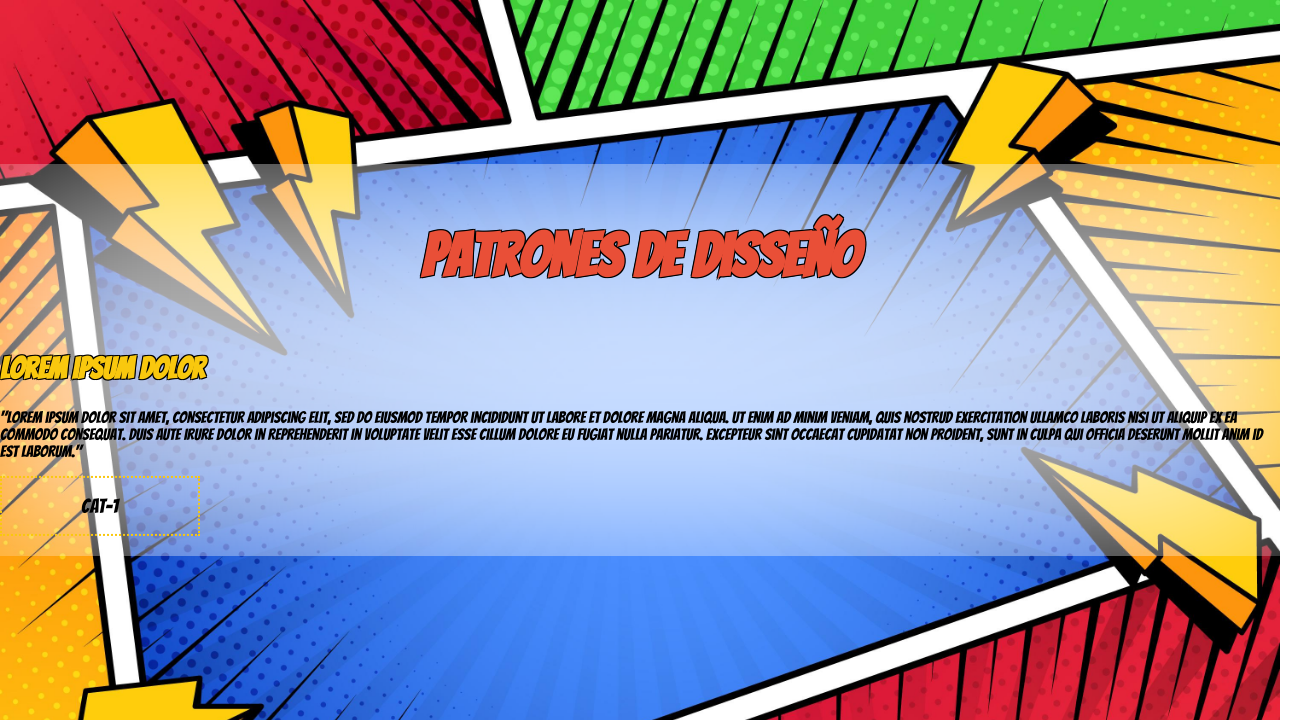
Repository: nrsWebs/design-pattern-es
Page: index.html
These files come from the project's save history. The page is drawn as it stood at one moment and after the next save; the edit follows.
The browser window is 1280 px wide. The page is 1300 px wide, so the pictures cover 1300 px, including what lies to the right of the window. The pictures show the whole page.

Above is the page before, as saved 2021-02-06 20:06:10.

After the next save:
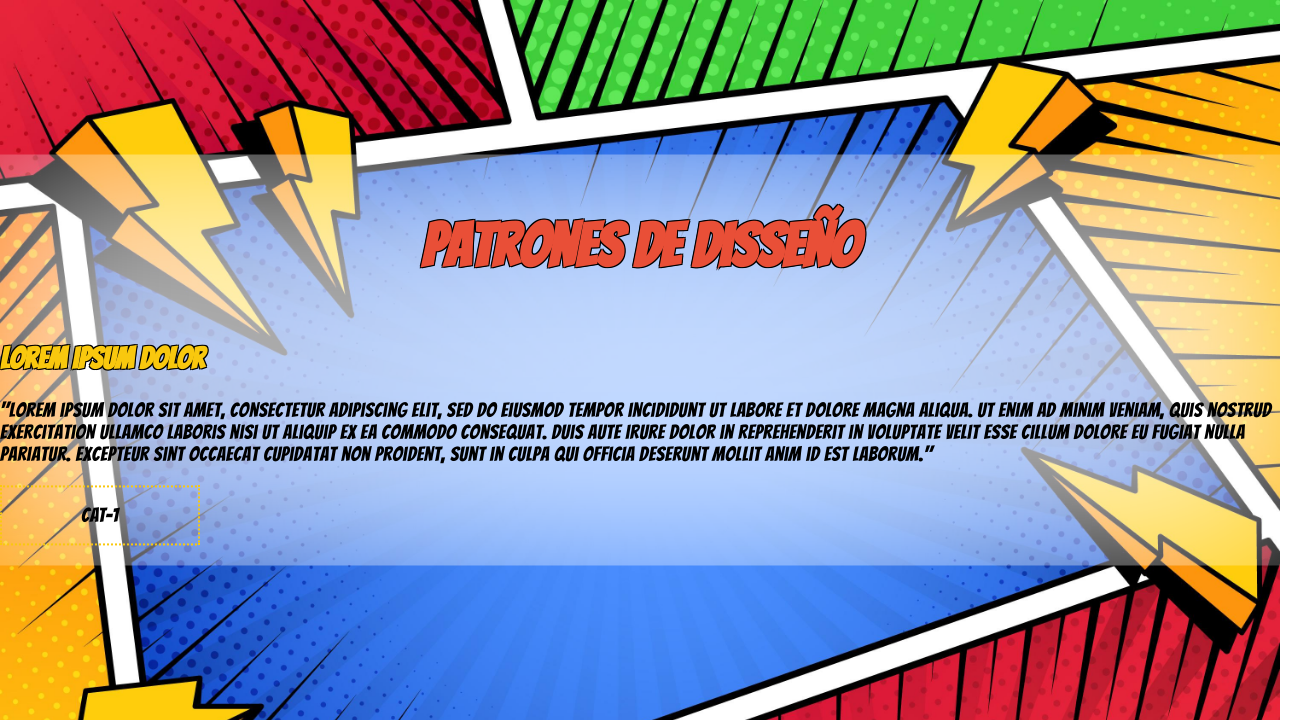
Saved 11 s later.
--- a/index.html
+++ b/index.html
@@ -12,7 +12,7 @@
             <h1>Patrones de disseño</h1>
             <div class="information">
                 <h2>Lorem ipsum dolor</h2>
-                <p>"Lorem ipsum dolor sit amet, consectetur adipiscing elit, sed do eiusmod tempor incididunt ut labore et dolore magna aliqua. Ut enim ad minim veniam, quis nostrud exercitation ullamco laboris nisi ut aliquip ex ea commodo consequat. Duis aute irure dolor in reprehenderit in voluptate velit esse cillum dolore eu fugiat nulla pariatur. Excepteur sint occaecat cupidatat non proident, sunt in culpa qui officia deserunt mollit anim id est laborum."</p>
+                <p class="text">"Lorem ipsum dolor sit amet, consectetur adipiscing elit, sed do eiusmod tempor incididunt ut labore et dolore magna aliqua. Ut enim ad minim veniam, quis nostrud exercitation ullamco laboris nisi ut aliquip ex ea commodo consequat. Duis aute irure dolor in reprehenderit in voluptate velit esse cillum dolore eu fugiat nulla pariatur. Excepteur sint occaecat cupidatat non proident, sunt in culpa qui officia deserunt mollit anim id est laborum."</p>
                 <div class="action-container">
                     <div class="button linker" data-link="cat-1">
                         <div class="text">CAT-1</div>
